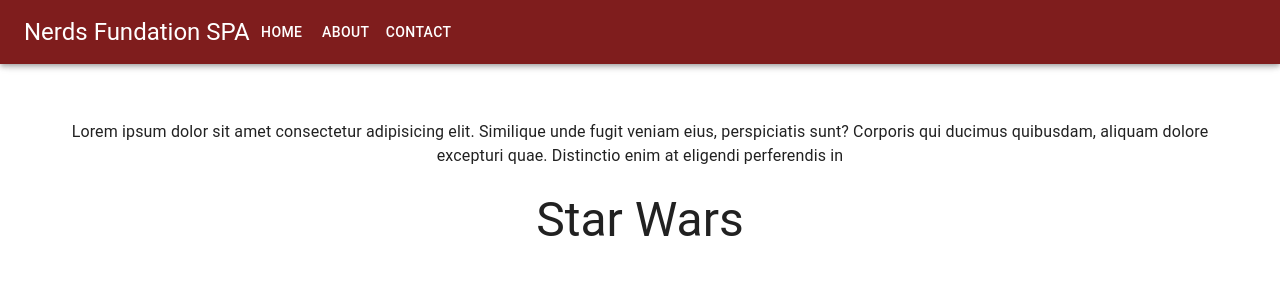
Repository: marianozamora/lisit-challenge
Page: /
These files come from the project's save history. The page is drawn as it stood at one moment and after the next save; the edit follows.
The browser window is 1280 px wide. The pictures show the whole page.
The page's requests for data from a server got no answer. The project was rebuilt for these pictures with package versions that can differ from the ones it lists, and the page was loaded fresh each time. Some packages were replaced by stand-ins written for this rebuild. No one was signed in, and anything a server would have sent is missing. Also part of the build but not shown: vite.config.ts, src/components/Pagination.tsx.

Above is the page before, as saved 2023-05-11 00:52:02.

After the next save:
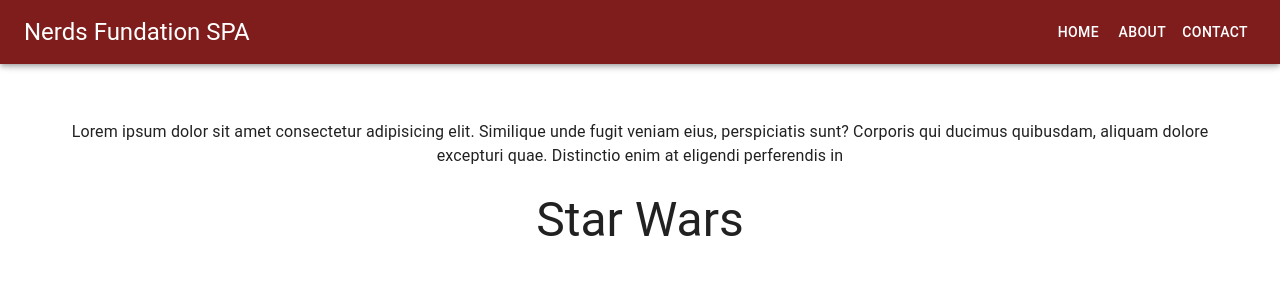
Saved 18 s later.
--- a/src/components/Header.tsx
+++ b/src/components/Header.tsx
@@ -47,7 +47,7 @@
             <Box sx={{ display: 'flex' }}>
             <CssBaseline />
             <AppBar component="nav">
-            <Toolbar className="bg-red-900">
+            <Toolbar className="bg-red-900 flex justify-between">
                 <IconButton
                 color="inherit"
                 aria-label="open drawer"
